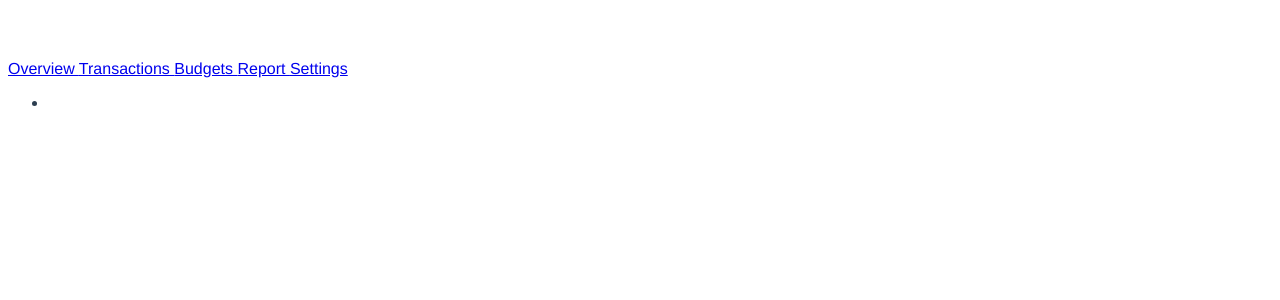
Repository: bxTruong/project7-jsonserver-router
Page: /
The author's editor kept a copy of each file at every save. The page is drawn from the files as they stood at one save, then again after a run of saves.
The browser window is 1280 px wide. The pictures show the whole page.
The project was rebuilt for these pictures with package versions that can differ from the ones it lists, and the page was loaded fresh each time. Also part of the build but not shown: vue.config.js, src/pages/transactions.vue, src/pages/transaction-detail.vue, src/pages/not-found.vue.

Above is the page before, as saved 2023-01-04 17:09:29.

After the next 4 saves:
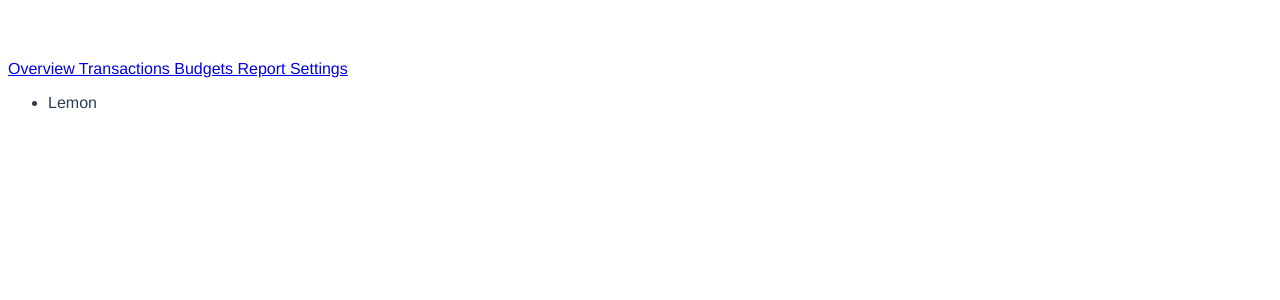
The 4 saves are shown as one change because they came seconds apart.
The last was saved 14 s later.
--- a/src/pages/home.vue
+++ b/src/pages/home.vue
@@ -5,7 +5,9 @@
     <button @click="onChangeSomething">Click me</button> -->
 
 <ul>
-    <li v-for="item in fruitSelected" :key="item"></li>
+    <li v-for="item in fruitSelected" :key="item">
+    <p>{{ item }}</p>
+    </li>
 </ul>
 
 </template>
